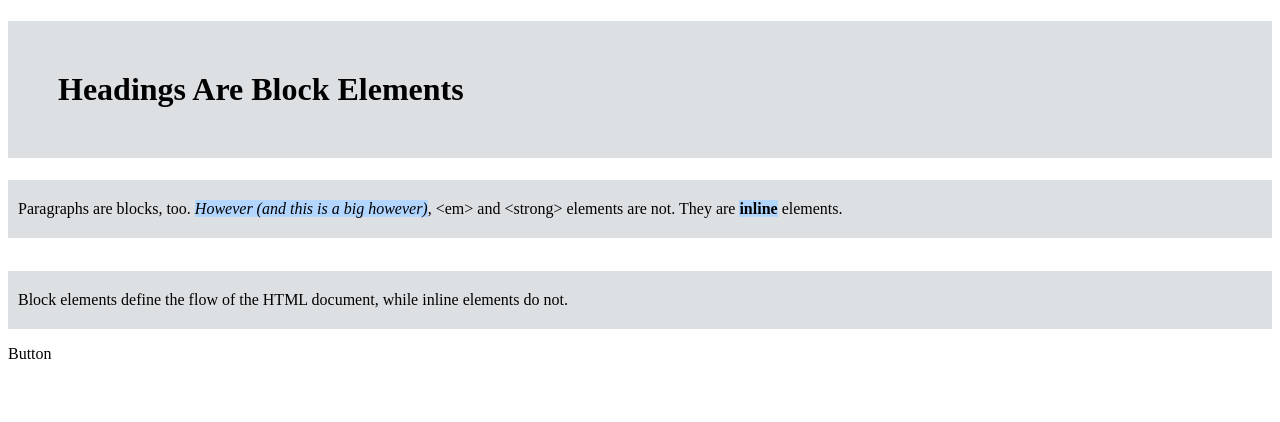
Repository: devinsheldon/CS-260
Page: CS260-F2022/environment/public_html/css-box-model/boxes.html
The author's editor kept a record of every edit. The page is drawn from the files as they stood at one moment, then again after the next edit.
The browser window is 1280 px wide. The pictures show the whole page.

Above is the page before.

### CS260-F2022/environment/public_html/css-box-model/boxes.html
<!DOCTYPE html>
<html lang='en'>
  <head>
    <meta charset='UTF-8'/>
    <title>Boxes Are Easy!</title>
    <link rel='stylesheet' href='box-styles.css'/>
  </head>
  <body>
    <h1>Headings Are Block Elements</h1>

    <p>Paragraphs are blocks, too. <em>However (and this is a big however)</em>, &lt;em&gt; and &lt;strong&gt;
       elements are not. They are <strong>inline</strong> elements.</p>

    <div style='padding-top: 1px'></div>  <!-- Now only consecutive elements can collapse into each other. -->

    <p>Block elements define the flow of the HTML document, while inline elements
       do not.</p>

    <div>Button</div>

  </body>
</html>

### CS260-F2022/environment/public_html/css-box-model/box-styles.css
h1, p {
  background-color: #DDE0E3;    /* Light gray */
}

h1 {
    padding: 50px;
}

p {
  padding-top: 20px;
  padding-bottom: 20px;
  padding-left: 10px;
  padding-right: 10px;
}

em, strong {
  background-color: #B2D6FF;    /* Light blue */
  display: inline;
}

After the next edit:
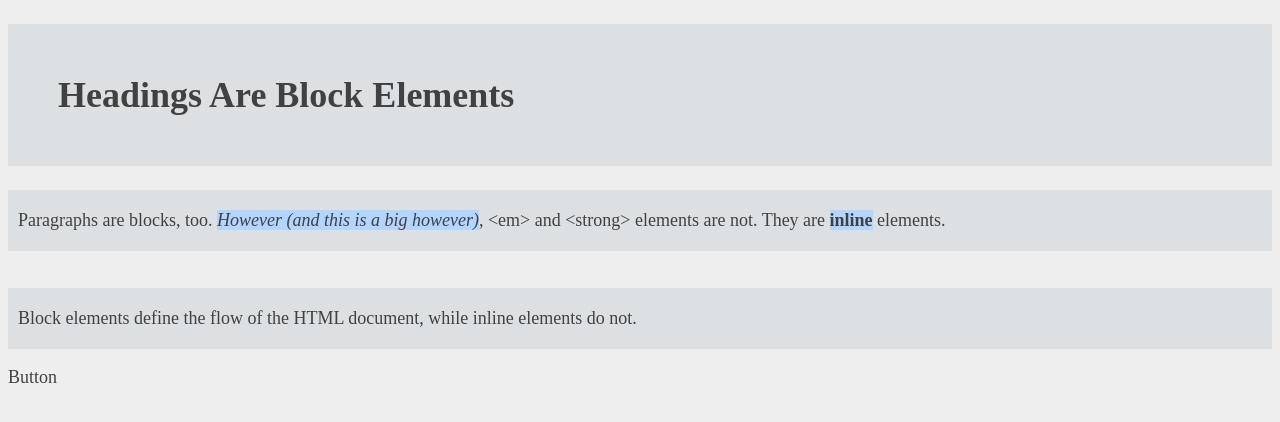
The edit:
--- a/CS260-F2022/environment/public_html/css-box-model/box-styles.css
+++ b/CS260-F2022/environment/public_html/css-box-model/box-styles.css
@@ -1,3 +1,9 @@
+body {
+  color: #414141;               /* Dark gray */
+  background-color: #EEEEEE;    /* Light gray */
+  font-size: 18px;
+}
+
 h1, p {
   background-color: #DDE0E3;    /* Light gray */
 }
